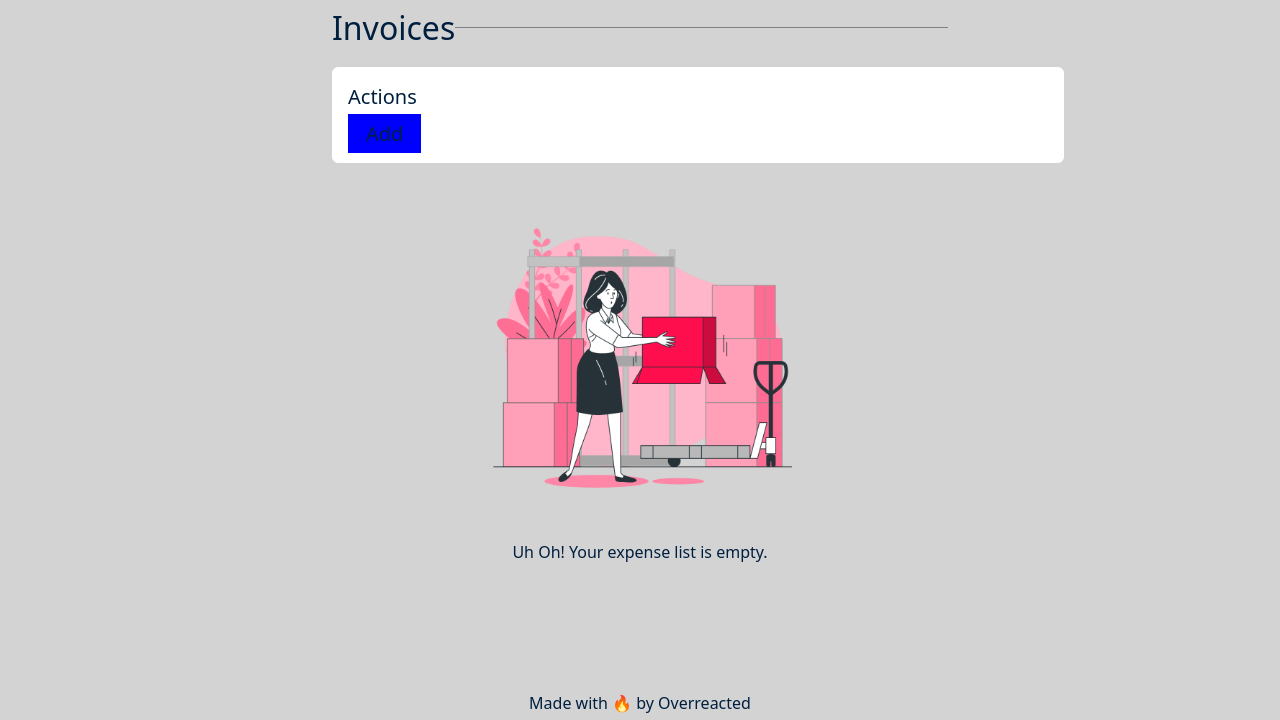
Repository: om1ars/task3
Page: /
The author's editor kept a copy of each file at every save. The page is drawn from the files as they stood at one save, then again after the next save.
The browser window is 1280 px wide. The pictures show the whole page.
Some web libraries are served in a nearby version. The project was rebuilt for these pictures with package versions that can differ from the ones it lists, and the page was loaded fresh each time. Also part of the build but not shown: src/constants/add-expense.js, src/components/add-form/add-form.css, src/components/add-form/success-modal.css, src/components/add-form/success-modal.js, src/components/add-form/index.js, src/pages/add-expense/add-expense.css, src/pages/add-expense/index.js, src/components/expense-list/card.css and 1 more.

Above is the page before, as saved 2021-12-18 14:48:40.

After the next save:
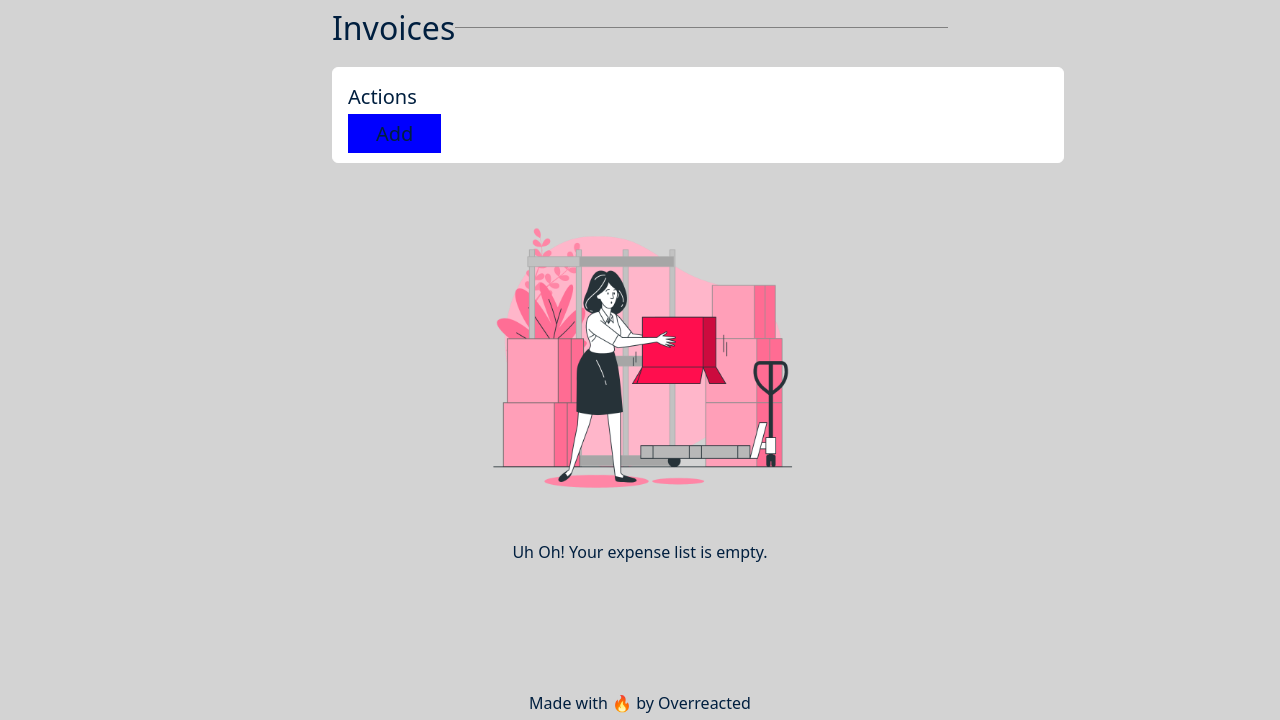
Saved 11 s later.
--- a/src/components/top-fold/index.js
+++ b/src/components/top-fold/index.js
@@ -25,7 +25,7 @@ const TopFold = () => {
               }}
             >
               <div style={{marginBottom: 10}}>Actions</div>
-              <label style={{ padding: "6px 18px", backgroundColor: "blue" }}>
+              <label style={{ padding: "6px 28px", backgroundColor: "blue" }}>
                 Add
               </label>
             </div>
